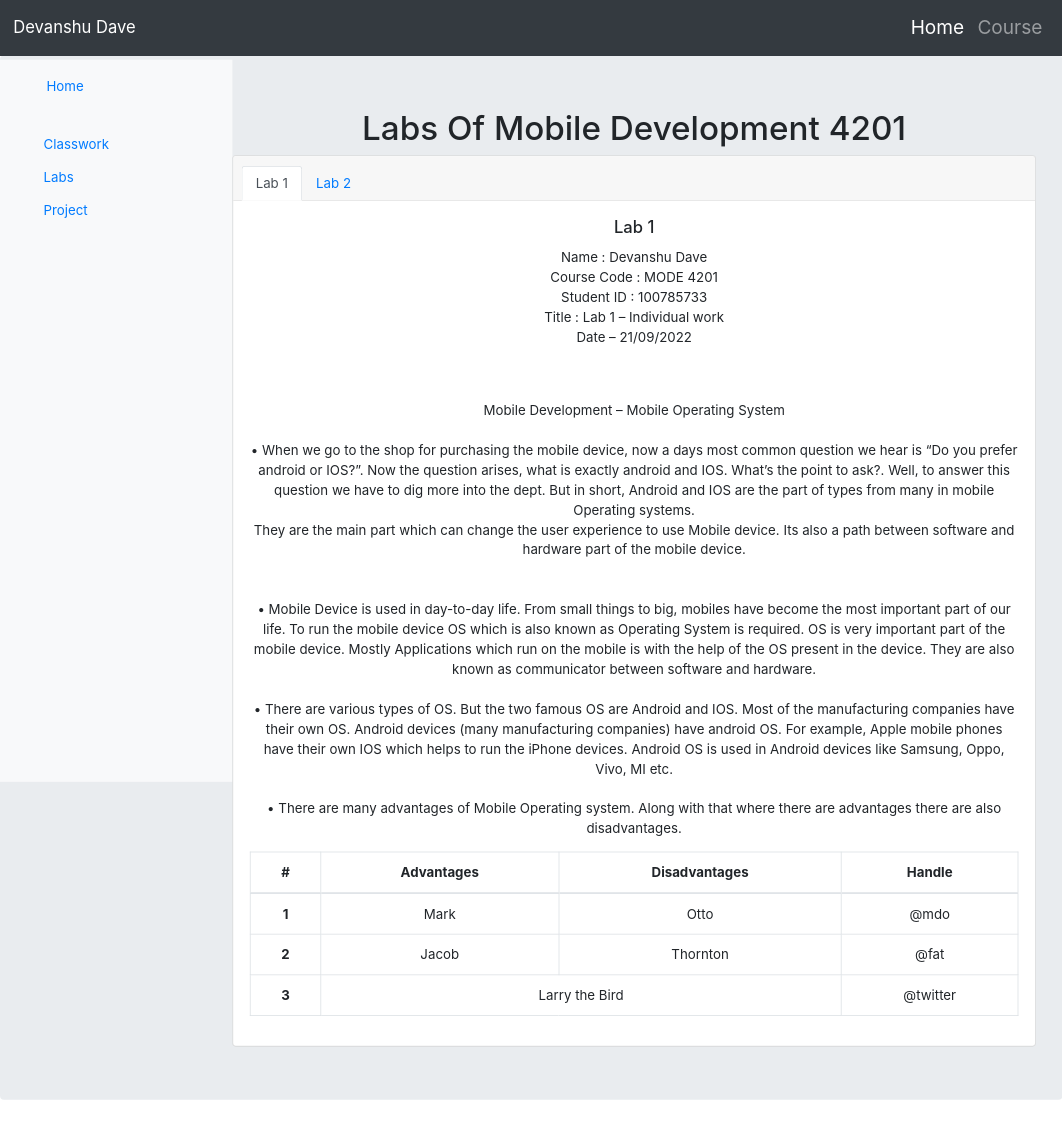
Repository: devanshudave1901/Mobile-Dev-Website
Page: labs.html
These files come from the project's save history. The page is drawn as it stood at one moment and after a run of saves; the edit follows.
The browser window is 1280 px wide. The pictures show the whole page, at 83% of full size.
Some web libraries are served in a nearby version.

Above is the page before, as saved 2022-10-05 15:36:41.

### labs.html
<!DOCTYPE html>
<html lang="en">
  <head>
    <meta charset="UTF-8" />
    <meta http-equiv="X-UA-Compatible" content="IE=edge" />
    <meta name="viewport" content="width=device-width, initial-scale=1.0" />
    <link
      rel="stylesheet"
      href="https://cdn.jsdelivr.net/npm/bootstrap@4.0.0/dist/css/bootstrap.min.css"
      integrity="sha384-Gn5384xqQ1aoWXA+058RXPxPg6fy4IWvTNh0E263XmFcJlSAwiGgFAW/dAiS6JXm"
      crossorigin="anonymous"
    />
    <link
      href="https://maxcdn.bootstrapcdn.com/font-awesome/4.2.0/css/font-awesome.min.css"
      rel="stylesheet"
    />
    <link rel="stylesheet" href="./css/style.css" />

    <style>
      .navbar-nav {
        margin-left: auto;
        font-size: 23px;
      }
      .welcomeHeading {
        text-shadow: 2px 2px red;
        text-align: center;
      }
      .welcomeText {
        text-align: center;
        font-family: "Sofia", sans-serif;
      }
      .featurette-heading {
        font-weight: 300;
        line-height: 1;
        letter-spacing: -0.05rem;
        margin-top: 20%;
      }
      .profileIamge {
        width: 250px;

        left: 300px;
      }
      .mobileDevProfile {
        margin-top: 10%;
        left: 100px;
      }
      .main {
        display: flex;
        flex-wrap: nowrap;
        height: 100vh;
        height: -webkit-fill-available;
        max-height: 100vh;
        overflow-x: auto;
        overflow-y: hidden;
      }
      .sideBar {
        height: 870px;
      }
    </style>
    <script
      src="https://code.jquery.com/jquery-3.2.1.slim.min.js"
      integrity="sha384-KJ3o2DKtIkvYIK3UENzmM7KCkRr/rE9/Qpg6aAZGJwFDMVNA/GpGFF93hXpG5KkN"
      crossorigin="anonymous"
    ></script>
    <script
      src="https://cdn.jsdelivr.net/npm/popper.js@1.12.9/dist/umd/popper.min.js"
      integrity="sha384-ApNbgh9B+Y1QKtv3Rn7W3mgPxhU9K/ScQsAP7hUibX39j7fakFPskvXusvfa0b4Q"
      crossorigin="anonymous"
    ></script>
    <script
      src="https://cdn.jsdelivr.net/npm/bootstrap@4.0.0/dist/js/bootstrap.min.js"
      integrity="sha384-JZR6Spejh4U02d8jOt6vLEHfe/JQGiRRSQQxSfFWpi1MquVdAyjUar5+76PVCmYl"
      crossorigin="anonymous"
    ></script>
    <title>Mobile Development - Lab 2</title>
  </head>
  <body>
    <div id="navBar">
      <nav class="navbar sticky-top navbar-expand-lg navbar-dark bg-dark">
        <a class="navbar-brand" href="#">Devanshu Dave</a>

        <div class="collapse navbar-collapse" id="navbarNavDropdown">
          <ul class="navbar-nav" mr-auto>
            <li class="nav-item active">
              <a class="nav-link" href="./index.html"
                >Home <span class="sr-only">(current)</span></a
              >
            </li>
            <li class="nav-item">
              <a class="nav-link" href="./course.html">Course</a>
            </li>
          </ul>
        </div>
      </nav>
    </div>
    <div id="sideBar">
        <div
        class="d-flex flex-column flex-shrink-0 p-3 bg-light sideBar"
        style="width: 280px"
      >
        <a
          href="/"
          class="d-flex align-items-center mb-3 mb-md-0 me-md-auto link-dark text-decoration-none"
        >
          <svg class="bi me-2" width="40" height="32">
            <use xlink:href="#bootstrap" />
          </svg>
          <span class="fs-4">Home</span>
        </a>
        <hr />
        <ul class="nav nav-pills flex-column mb-auto">
          <li>
            <a href="index.html" class="nav-link link-dark">
              <svg class="bi me-2" width="16" height="16">
                <use xlink:href="#table" />
              </svg>
              Classwork
            </a>
          </li>
          <li class="nav-item">
            <a href="labs.html" class="nav-link" aria-current="page">
              <svg class="bi me-2" width="16" height="16">
                <use xlink:href="#home" />
              </svg>
              Labs
            </a>
          </li>
          <li>
            <a href="#" class="nav-link link-dark">
              <svg class="bi me-2" width="16" height="16">
                <use xlink:href="#speedometer2" />
              </svg>
              Project
            </a>
          </li>
        </ul>
        <hr />
      </div>
      <br />
      <br />
      <br />
    </div></div>
    <div id="mainBar">
        <div class="jumbotron">
        <h1>Labs Of Mobile Development 4201</h1>

        <div class="card text-center">
            <div class="card-header">
              <ul class="nav nav-tabs card-header-tabs">
                <li class="nav-item">
                  <a class="nav-link active" href="">Lab 1</a>
                </li>
                <li class="nav-item">
                  <a class="nav-link" href="#">Lab 2</a>
                </li>

              </ul>
            </div>
            <div class="card-body">
              <h5 class="card-title">Lab 1</h5>
              <p class="card-text">
                Name : Devanshu Dave <br/>
				Course Code : MODE 4201<br/>
				Student ID : 100785733<br/>
				Title : Lab 1 – Individual work<br/>
				Date – 21/09/2022<br/>

              </p>
              <br/>
              <br/>
              <p>
                Mobile Development – Mobile Operating System<br/><br/>

                •	When we go to the shop for purchasing the mobile device, now a days most common question we hear is “Do you prefer android or IOS?”. Now the question arises, what is exactly android and IOS. What’s the point to ask?. Well, to answer this question we have to dig more into the dept. But in short, Android and IOS are the part of types from many in mobile Operating systems. <br/>They are the main part which can change the user experience to use Mobile device. Its also a path between software and hardware part of the mobile device. <br/><br/><br/>
                •	Mobile Device is used in day-to-day life. From small things to big, mobiles have become the most important part of our life. To run the mobile device OS which is also known as Operating System is required. OS is very important part of the mobile device. Mostly Applications which run on the mobile is with the help of the OS present in the device. They are also known as communicator between software and hardware.<br/><br/>
                •	 There are various types of OS. But the two famous OS are Android and IOS. Most of the manufacturing companies have their own OS. Android devices (many manufacturing companies) have android OS. For example, Apple mobile phones have their own IOS which helps to run the iPhone devices. Android OS is used in Android devices like Samsung, Oppo, Vivo, MI etc.<br/><br/>
                •	 There are many advantages of Mobile Operating system. Along with that where there are advantages there are also disadvantages. <br/>

              </p>
              <table class="table table-bordered">
                <thead>
                  <tr>
                    <th scope="col">#</th>
                    <th scope="col">Advantages</th>
                    <th scope="col">Disadvantages</th>
                    <th scope="col">Handle</th>
                  </tr>
                </thead>
                <tbody>
                  <tr>
                    <th scope="row">1</th>
                    <td>Mark</td>
                    <td>Otto</td>
                    <td>@mdo</td>
                  </tr>
                  <tr>
                    <th scope="row">2</th>
                    <td>Jacob</td>
                    <td>Thornton</td>
                    <td>@fat</td>
                  </tr>
                  <tr>
                    <th scope="row">3</th>
                    <td colspan="2">Larry the Bird</td>
                    <td>@twitter</td>
                  </tr>
                </tbody>
              </table>
            </div>
          </div>
      </div></div>
  </body>
</html>

### css/style.css
#sideBar {
  height: 570px;
  margin-top: 5px;
  float: left;
  /* text-align: center; */
}

#mainBar {
  text-align: center;
}

After the next 2 saves:
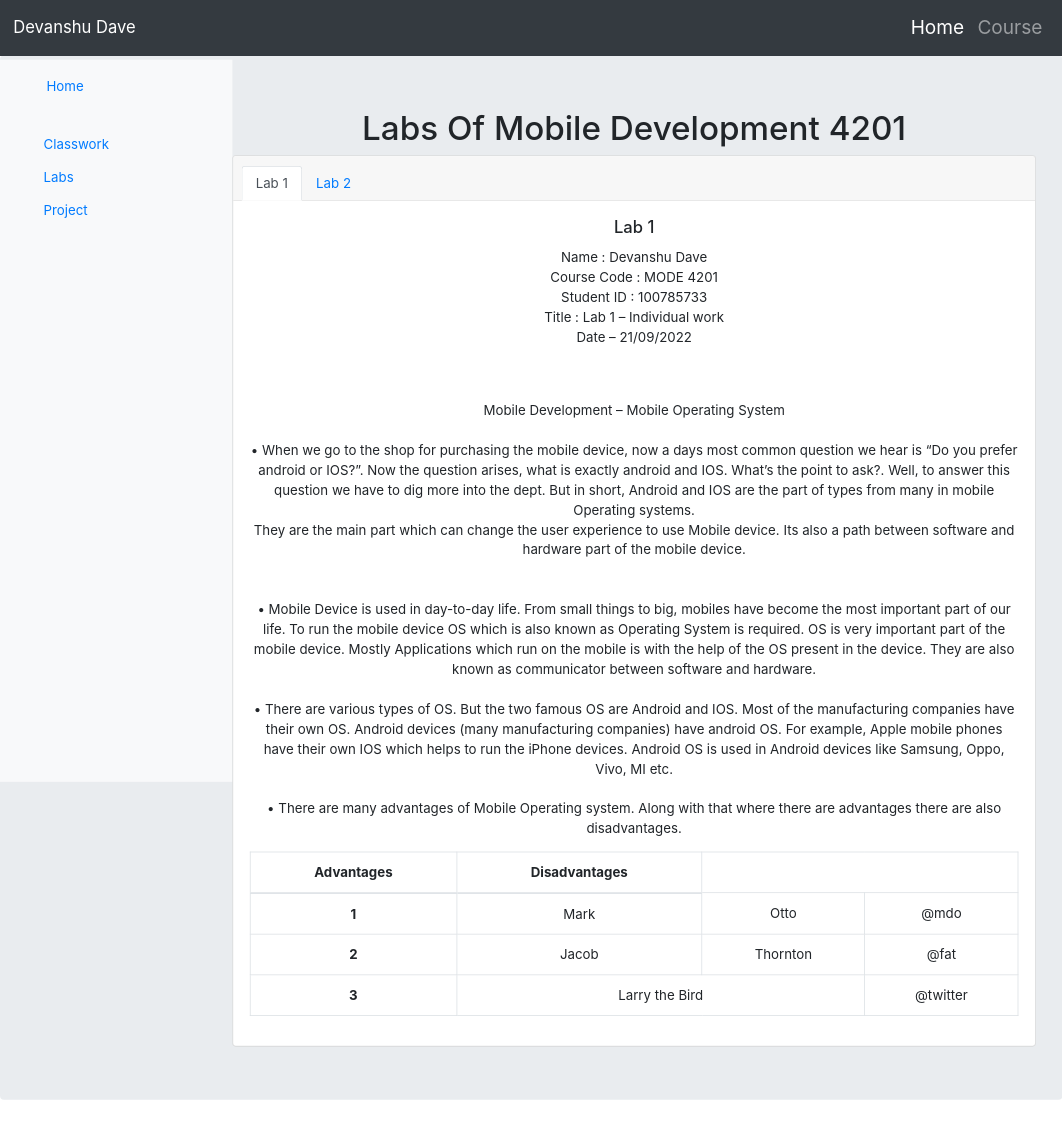
The 2 saves are shown as one change because they came seconds apart.
The last was saved 47 s later.
--- a/labs.html
+++ b/labs.html
@@ -180,10 +180,10 @@
               <table class="table table-bordered">
                 <thead>
                   <tr>
-                    <th scope="col">#</th>
+
                     <th scope="col">Advantages</th>
                     <th scope="col">Disadvantages</th>
-                    <th scope="col">Handle</th>
+
                   </tr>
                 </thead>
                 <tbody>
